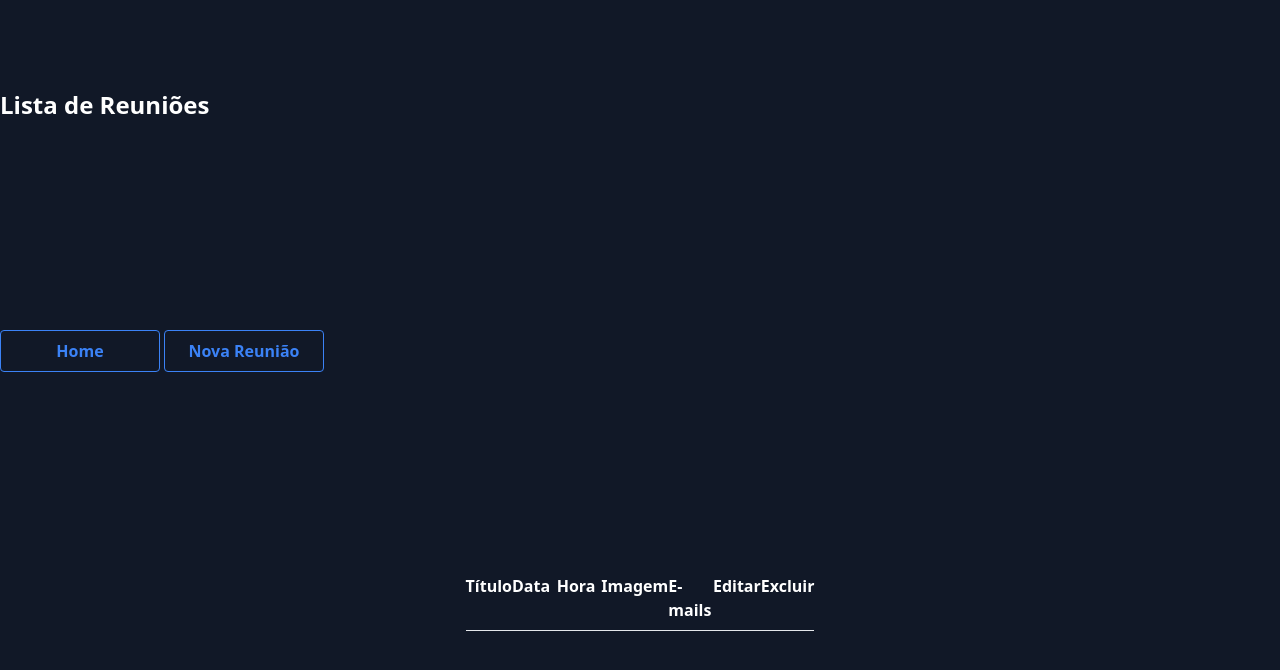
Repository: TamiBeira/meeting
Page: /meetings
An editor plug-in stored every save of this project. The page is shown before and after the next save, followed by the edit.
The browser window is 1280 px wide. The pictures show the whole page.
The project was rebuilt for these pictures with package versions that can differ from the ones it lists, and the page was loaded fresh each time. Also part of the build but not shown: vite.config.ts, src/contexts/FormContext.tsx, src/components/Form.tsx, src/components/HomePage.tsx.

Above is the page before, as saved 2024-02-27 00:41:37.

### index.html
<!doctype html>
<html lang="pt">
  <head>
    <meta charset="UTF-8" />
    <meta name="viewport" content="width=device-width, initial-scale=1.0" />
    <title>Meeting</title>
  </head>
  <body>
    <div id="root"></div>
    <script type="module" src="/src/main.tsx"></script>
  </body>
</html>

### src/app.tsx
import { BrowserRouter as Router, Routes, Route } from 'react-router-dom';
import { FormProvider } from './contexts/FormContext';
import { MeetingsProvider } from './contexts/MeetingsContext';
import { Form } from './components/Form';
import { MeetingsView } from './components/MeetingsView';
import { HomePage } from './components/HomePage';

export const App = () => {
  return (
    <Router>
      <Routes>
        <Route path="/" element={<HomePage />} />
        <Route path="/form" element={<FormProvider><Form /></FormProvider>} />
        <Route path="/meetings" element={<MeetingsProvider><MeetingsView /></MeetingsProvider>} />
      </Routes>
    </Router>
  );
};

### src/contexts/MeetingsContext.tsx
import React, { createContext, useState, useEffect, useContext } from 'react';
import { toast } from 'react-toastify';

export interface Meeting {
  title: string;
  data: string;
  hora: string;
  imagem?: string;
  imagemPath?: string;
  emails: string[];
}

interface MeetingsContextType {
  meetings: Meeting[];
  editableIndex: number | null;
  editedMeeting: Meeting;
  handleEdit: (index: number) => void;
  handleSave: () => void;
  handleDelete: (index: number) => void;
  handleInputChange: (event: React.ChangeEvent<HTMLInputElement>, key: string) => void;
}

interface MeetingContextProviderProps {
  children: React.ReactNode;
}

const MeetingsContext = createContext<MeetingsContextType | undefined>(undefined);

export const useMeetingsContext = () => {
  const context = useContext(MeetingsContext);
  if (!context) {
    throw new Error('useMeetingsContext must be used within a MeetingsProvider');
  }
  return context;
};

export const MeetingsProvider: React.FC<MeetingContextProviderProps> = ({ children }) => {
  const [meetings, setMeetings] = useState<Meeting[]>([]);
  const [editableIndex, setEditableIndex] = useState<number | null>(null);
  const [editedMeeting, setEditedMeeting] = useState<Meeting>({
    title: '',
    data: '',
    hora: '',
    emails: [],
  });

  useEffect(() => {
    const storedMeetings = localStorage.getItem('meetingData');
    if (storedMeetings) {
      setMeetings(JSON.parse(storedMeetings));
    }
  }, []);

  const handleEdit = (index: number) => {
    setEditableIndex(index);
    setEditedMeeting(meetings[index]);
  };

  const handleSave = () => {
    if (editableIndex === null) return;

    const updatedMeetings = [...meetings];
    updatedMeetings[editableIndex] = editedMeeting;
    setMeetings(updatedMeetings);
    localStorage.setItem('meetingData', JSON.stringify(updatedMeetings));
    setEditableIndex(null);
    setEditedMeeting({
      title: '',
      data: '',
      hora: '',
      emails: [],
    });
    toast.success('Reunião salva com sucesso!');
  };

  const handleDelete = (index: number) => {
    const confirmDelete = window.confirm('Tem certeza que deseja excluir esta reunião?');
    if (confirmDelete) {
      const updatedMeetings = [...meetings];
      updatedMeetings.splice(index, 1);
      setMeetings(updatedMeetings);
      localStorage.setItem('meetingData', JSON.stringify(updatedMeetings));
      toast.success('Reunião excluída com sucesso!');
    }
  };

  const handleInputChange = (event: React.ChangeEvent<HTMLInputElement>, key: string) => {
    setEditedMeeting({ ...editedMeeting, [key]: event.target.value });
  };

  const contextValue: MeetingsContextType = {
    meetings,
    editableIndex,
    editedMeeting,
    handleEdit,
    handleSave,
    handleDelete,
    handleInputChange,
  };

  return (
    <MeetingsContext.Provider value={contextValue}>
      {children}
    </MeetingsContext.Provider>
  );
};

### src/components/MeetingsView.tsx
import React from 'react';
import { Link } from 'react-router-dom';
import { ToastContainer } from 'react-toastify';
import { FaEdit, FaTrash } from 'react-icons/fa';
import { useMeetingsContext } from '../contexts/MeetingsContext';

export const MeetingsView: React.FC = () => {
  const {
    meetings,
    editableIndex,
    editedMeeting,
    handleEdit,
    handleSave,
    handleDelete,
    handleInputChange,
  } = useMeetingsContext();

  const handleImageChange = (e: React.ChangeEvent<HTMLInputElement>) => {
    const file = e.target.files && e.target.files[0];
    if (file) {
      const reader = new FileReader();
      reader.onloadend = () => {
        const imageDataUrl = reader.result as string;
        handleInputChange({ target: { value: imageDataUrl } } as React.ChangeEvent<HTMLInputElement>, 'imagem');
      };
      reader.readAsDataURL(file);
    }
  };

  return (
    <div className="flex flex-wrap items-center bg-gray-900 w-full h-screen justify-center">
      <h2 className="text-2xl text-white font-bold mb-4 w-full">Lista de Reuniões</h2>
      <div className="mt-4 mb-4 w-full">
        <Link to="/" className="w-40 mr-1 inline-block text-center border border-solid border-blue-500 text-blue-500 font-bold px-4 py-2 rounded">Home</Link>
        <Link to="/form" className="w-40 inline-block text-center border border-solid border-blue-500 text-blue-500 font-bold mr-2 px-4 py-2 rounded">Nova Reunião</Link>
      </div>
      <ul>
        <li className="border-b border-gray-200 py-2 flex sm:flex-row font-semibold w-full">
          <div className="w-1/5 text-white">Título</div>
          <div className="w-1/5 text-white">Data</div>
          <div className="w-1/5 text-white">Hora</div>
          <div className="w-1/5 text-white">Imagem</div>
          <div className="w-1/5 text-white">E-mails</div>
          <div className="w-1/5 text-white text-center">Editar</div>
          <div className="w-1/5 text-white text-center">Excluir</div>
        </li>
        {meetings.map((meeting, index) => (
          <li key={index} className="max-w-5xl border-b border-gray-200 py-4 flex flex-col sm:flex-row justify-center items-center">
            {editableIndex === index ? (
              <>
                <input
                  type="text"
                  value={editedMeeting.title}
                  onChange={(e) => handleInputChange(e, 'title')}
                  className="mb-2 sm:mb-0 mr-4 px-4 py-2 border rounded-md shadow-sm focus:outline-none focus:ring-blue-500 focus:border-blue-500 max-w-28"
                  placeholder="Título"
                />
                <input
                  type="date"
                  value={editedMeeting.data}
                  onChange={(e) => handleInputChange(e, 'data')}
                  className="mb-2 sm:mb-0 mr-4 px-4 py-2 border rounded-md shadow-sm focus:outline-none focus:ring-blue-500 focus:border-blue-500"
                />
                <input
                  type="time"
                  value={editedMeeting.hora}
                  onChange={(e) => handleInputChange(e, 'hora')}
                  className="mb-2 sm:mb-0 mr-4 px-4 py-2 border rounded-md shadow-sm focus:outline-none focus:ring-blue-500 focus:border-blue-500"
                />
                <div className="flex items-center w-1/5">
                  <input
                    type="file"
                    accept="image/*"
                    onChange={handleImageChange}
                    className="hidden"
                    id="input-image"
                  />
                  <label htmlFor="input-image" className="cursor-pointer mr-2 underline text-blue-500">Escolher outra imagem</label>
                  {editedMeeting.imagem && (
                    <img src={editedMeeting.imagem} alt="Imagem da reunião" className="max-w-xs h-12" />
                  )}
                </div>
                <input
                  type="text"
                  value={editedMeeting.emails.join(', ')}
                  onChange={(e) => handleInputChange(e, 'emails')}
                  className="mb-2 sm:mb-0 mr-4 px-4 py-2 border rounded-md shadow-sm focus:outline-none focus:ring-blue-500 focus:border-blue-500 w-64"
                  placeholder="E-mails"
                />
                <div>
                  <button
                    onClick={handleSave}
                    className="bg-green-500 hover:bg-green-700 text-white font-bold py-2 px-4 mr-2 rounded"
                  >
                    Salvar
                  </button>
                </div>
              </>
            ) : (
              <>
                <div className="w-1/5 text-white">{meeting.title}</div>
                <div className="w-1/5 text-white">{meeting.data}</div>
                <div className="w-1/5 text-white">{meeting.hora}</div>
                <div className="w-1/5 text-white">
                  <img src={meeting.imagem} alt="Imagem da reunião" width={50} height={50}/>
                </div>
                <div className="w-1/5 text-white">{Array.isArray(meeting.emails) ? meeting.emails.join(', ') : ''}</div>
                <div className="w-1/5 text-center text-white">
                  <button
                    onClick={() => handleEdit(index)}
                    className="text-blue-500 font-bold"
                  >
                    <FaEdit className="inline-block mr-1" />
                  </button>
                </div>
                <div className='w-1/5 justify-center text-center'>
                  <button
                    onClick={() => handleDelete(index)}
                    className="text-red-500 font-bold"
                  >
                    <FaTrash className="inline-block mr-1" />
                  </button>
                </div>
              </>
            )}
          </li>
        ))}
      </ul>
      <ToastContainer />
    </div>
  );
};

### tailwind.config.js
/** @type {import('tailwindcss').Config} */
export default {
  content: [
    "./index.html",
    "./src/**/*.tsx",
  ],
  theme: {
    extend: {},
  },
  plugins: [],
}

Loaded but not shown: src/main.tsx (common file); src/index.css (common file)

After the next save:
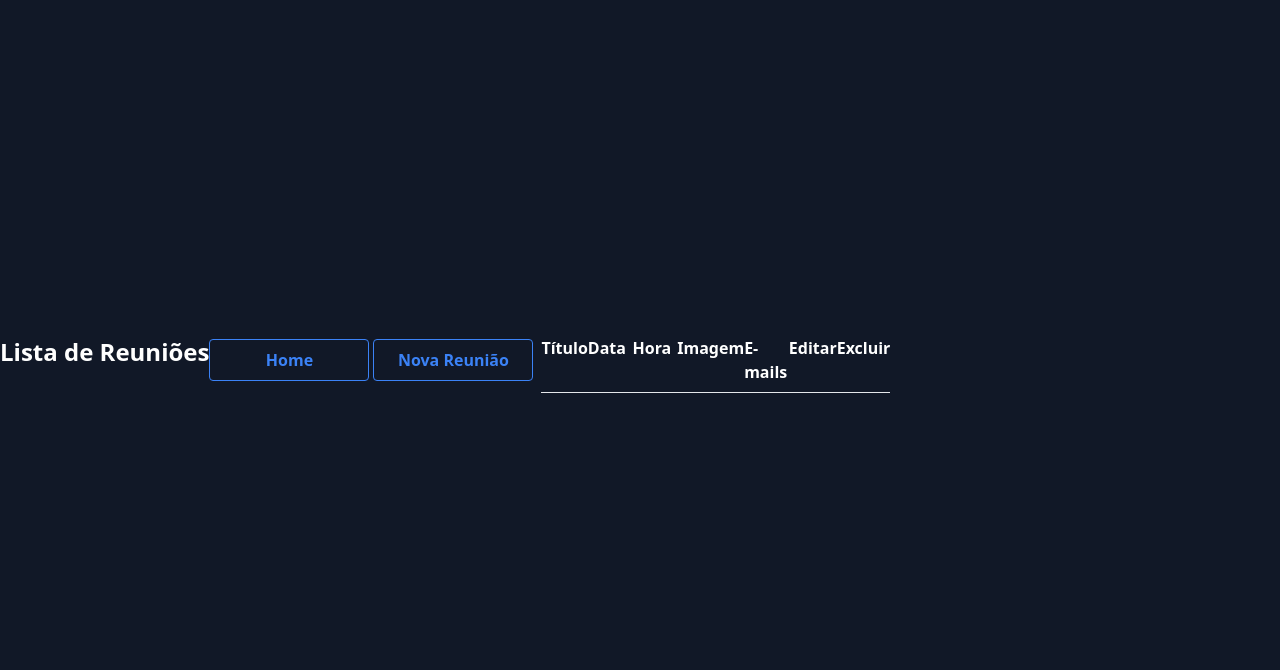
Saved 28 s later.
--- a/src/components/MeetingsView.tsx
+++ b/src/components/MeetingsView.tsx
@@ -28,14 +28,14 @@ export const MeetingsView: React.FC = () => {
   };
 
   return (
-    <div className="flex flex-wrap items-center bg-gray-900 w-full h-screen justify-center">
-      <h2 className="text-2xl text-white font-bold mb-4 w-full">Lista de Reuniões</h2>
-      <div className="mt-4 mb-4 w-full">
+    <div className="flex items-center bg-gray-900 w-full h-screen">
+      <h2 className="text-2xl text-white font-bold mb-4">Lista de Reuniões</h2>
+      <div className="mt-4 mb-4">
         <Link to="/" className="w-40 mr-1 inline-block text-center border border-solid border-blue-500 text-blue-500 font-bold px-4 py-2 rounded">Home</Link>
         <Link to="/form" className="w-40 inline-block text-center border border-solid border-blue-500 text-blue-500 font-bold mr-2 px-4 py-2 rounded">Nova Reunião</Link>
       </div>
       <ul>
-        <li className="border-b border-gray-200 py-2 flex sm:flex-row font-semibold w-full">
+        <li className="border-b border-gray-200 py-2 flex sm:flex-row font-semibold max-w-5xl">
           <div className="w-1/5 text-white">Título</div>
           <div className="w-1/5 text-white">Data</div>
           <div className="w-1/5 text-white">Hora</div>
